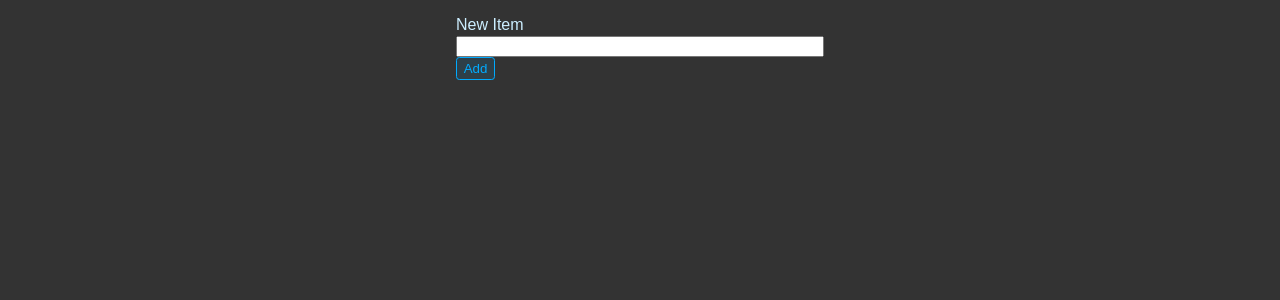
Repository: kemsig/CSFE24
Page: / (app in Week3- Todo/)
These files come from the project's save history. The page is drawn as it stood at one moment and after a run of saves; the edit follows.
The browser window is 1280 px wide. The pictures show the whole page.
The project was rebuilt for these pictures with package versions that can differ from the ones it lists, and the page was loaded fresh each time. Also part of the build but not shown: Week3- Todo/vite.config.js.

Above is the page before, as saved 2024-03-07 22:08:07.

After the next 2 saves:
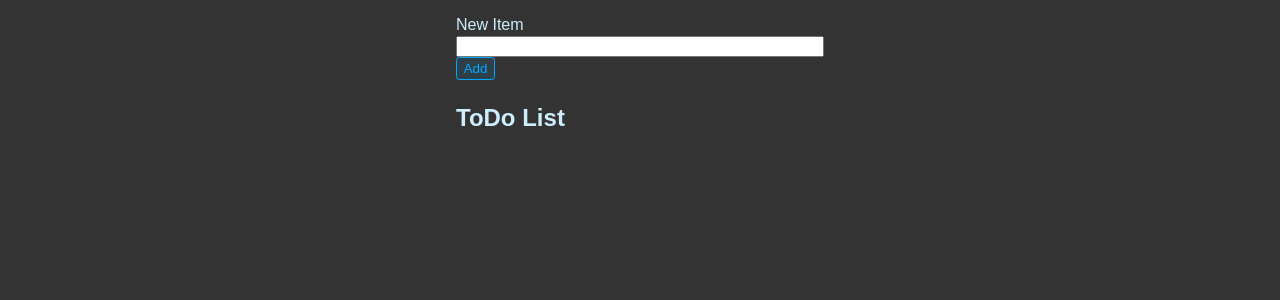
The 2 saves are shown as one change because 1 did not build or start.
The last was saved 2 min 9 s later.
--- a/Week3- Todo/src/App.jsx
+++ b/Week3- Todo/src/App.jsx
@@ -2,7 +2,9 @@ import "./styles.css"
 
 
 export default function App(){
-  return <form className="item-form">
+  return (
+  <>
+  <form className="item-form">
     <div className="form-row">
       <label htmlFor="item">New Item</label>
       <input type="text" id="item" />
@@ -10,4 +12,8 @@ export default function App(){
     <button className="btn">Add</button>
   </form>
 
+  <h1 className="header">ToDo List</h1>
+
+  </>
+)
 }
